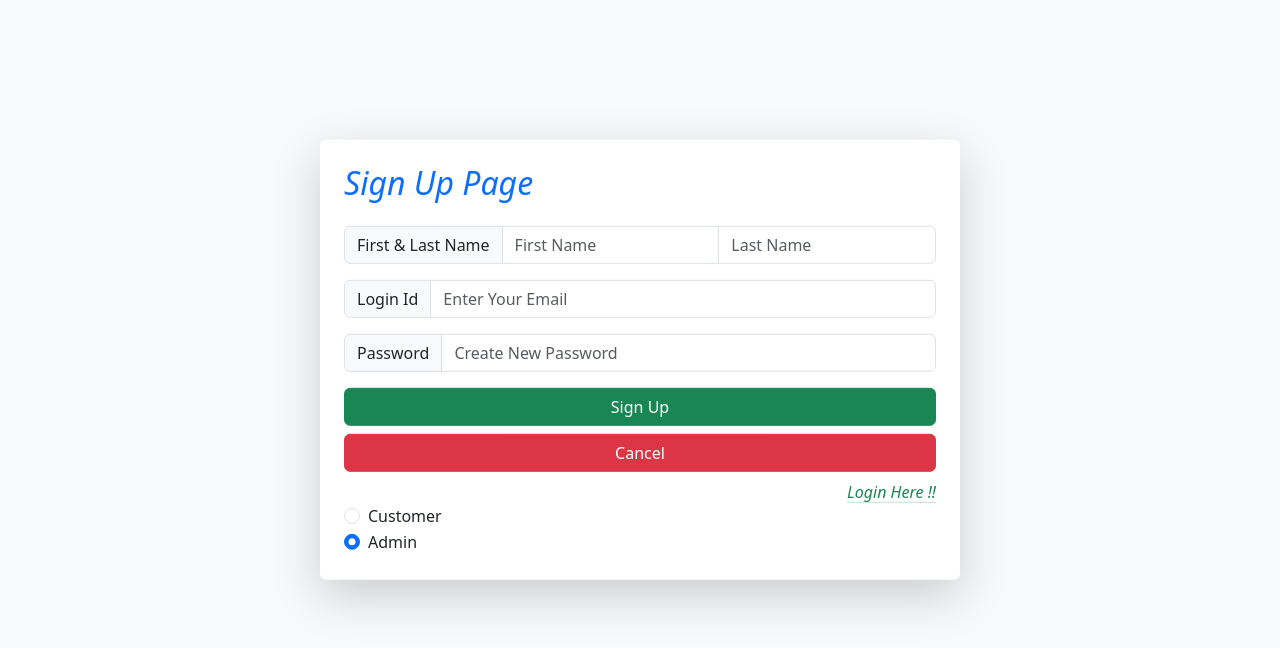
Repository: Niket-mishra/Dummy
Page: http://localhost/Mini-Project/SignUp.jsp
An editor plug-in stored every save of this project. The page is shown before and after the next save, followed by the edit.
The browser window is 1280 px wide. The pictures show the whole page.
The page is served by Tomcat 10.

Above is the page before, as saved 2024-05-07 16:42:53.

After the next save:
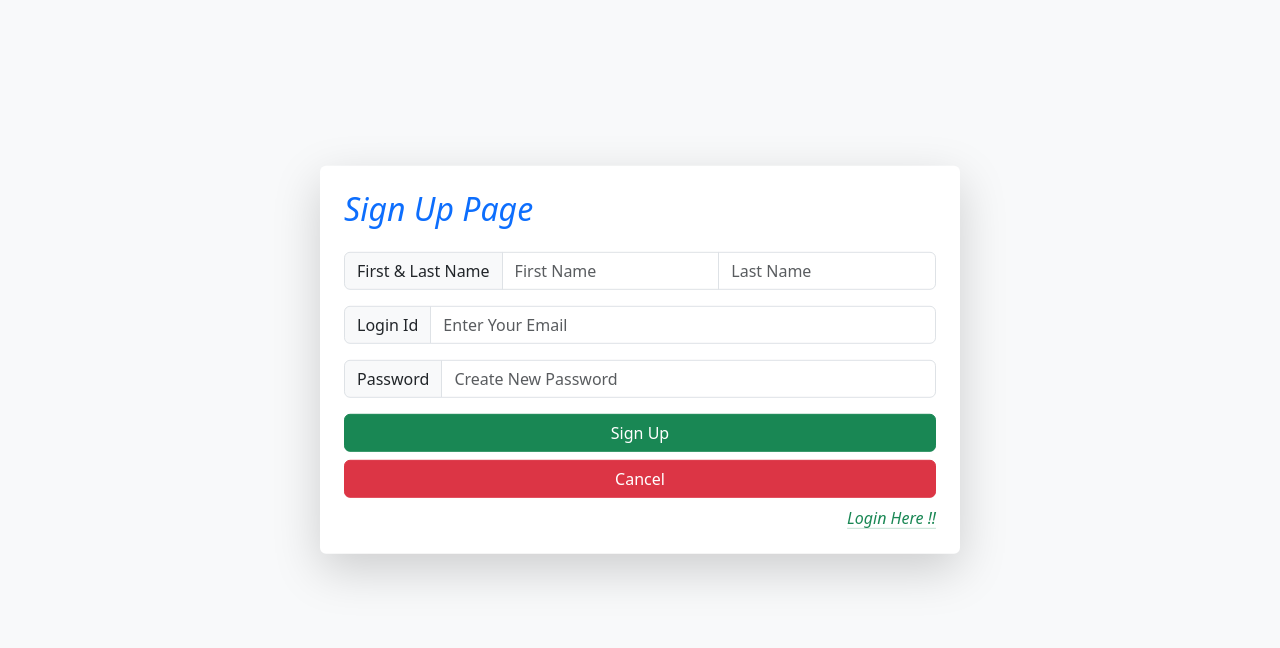
Saved 18 s later.
--- a/Mini-Project/src/main/webapp/SignUp.jsp
+++ b/Mini-Project/src/main/webapp/SignUp.jsp
@@ -31,18 +31,6 @@
 <input type ="reset" value ="Cancel" class = "btn btn-danger">
 <a href="Login.jsp" class = "fst-italic align-bottom d-flex justify-content-end link-success link-offset-2 link-underline-opacity-25 link-underline-opacity-100-hover">Login Here !!</a>
 </div>
-<div class="form-check">
-  <input class="form-check-input" type="radio" name="flexRadioDefault" id="flexRadioDefault1">
-  <label class="form-check-label" for="flexRadioDefault1">
-    Customer
-  </label>
-</div>
-<div class="form-check">
-  <input class="form-check-input" type="radio" name="flexRadioDefault" id="flexRadioDefault2" checked>
-  <label class="form-check-label" for="flexRadioDefault2">
-    Admin
-  </label>
-</div>
 </form>
 </div>
 </body>
